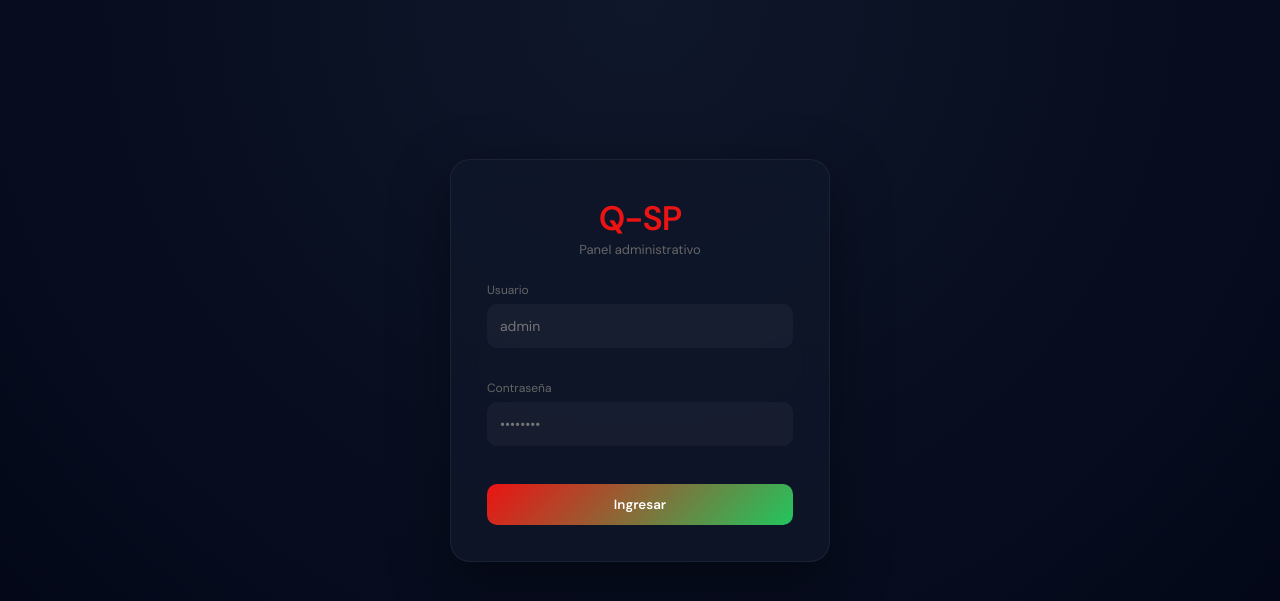
Repository: JhonnyDiaz4753/Admin_Q_sopa
Page: /categorias
The author's editor kept a copy of each file at every save. The page is drawn from the files as they stood at one save, then again after the next save.
The browser window is 1280 px wide. The pictures show the whole page.
The project was rebuilt for these pictures with package versions that can differ from the ones it lists, and the page was loaded fresh each time. Also part of the build but not shown: vite.config.js, src/components/Sidebar/Sidebar.css, src/components/Sidebar/Sidebar.jsx, src/components/Topbar/Topbar.css, src/components/Topbar/Topbar.jsx, src/components/AdminLayout.css, src/components/AdminLayout.jsx, src/components/Dashboard/Dashboard.css and 11 more.

Above is the page before, as saved 2026-03-18 15:02:39.

### index.html
<!doctype html>
<html lang="en">
  <head>
    <meta charset="UTF-8" />
    <link rel="icon" type="image/svg+xml" href="src/assets/logo_Q-spoa.jpg" />
    <meta name="viewport" content="width=device-width, initial-scale=1.0" />
    <title>admin-q-sopa</title>
    <!-- Material Symbols -->
    <link
      href="https://fonts.googleapis.com/css2?family=Material+Symbols+Outlined:opsz,wght,FILL,GRAD@20..48,100..700,0..1,-50..200"
      rel="stylesheet"
    />
    <!-- Google Fonts -->
    <link
      href="https://fonts.googleapis.com/css2?family=DM+Sans:wght@300;400;500;600&family=DM+Mono:wght@400;500&display=swap"
      rel="stylesheet"
    />
  </head>
  <body>
    <div id="root"></div>
    <script type="module" src="/src/main.jsx"></script>
  </body>
</html>

### src/main.jsx
import { StrictMode } from 'react'
import { createRoot } from 'react-dom/client'
import "./index.css"
import "./theme.css"
import App from './App.jsx'

createRoot(document.getElementById('root')).render(
  <StrictMode>
    <App />
  </StrictMode>,
)

### src/index.css
/* Reset limpio — todo lo maneja theme.css */
*, *::before, *::after {
  box-sizing: border-box;
  margin: 0;
  padding: 0;
}

### src/theme.css

:root {
  --accent:          #ec1313;
  --accent-hover:    #c40b0b;
  --accent-soft:     rgba(236,19,19,0.10);
  --accent-glow:     rgba(236,19,19,0.25);

  --bg-page:         #0f0f0f;
  --bg-sidebar:      #141414;
  --bg-card:         #1a1a1a;
  --bg-element:      #222222;
  --bg-input:        #1e1e1e;

  --border:          #2a2a2a;
  --border-light:    #333333;

  --text-1:          #f0f0f0;
  --text-2:          #aaaaaa;
  --text-3:          #666666;

  --success:         #22c55e;
  --warning:         #f59e0b;
  --info:            #3b82f6;

  --sidebar-w:       240px;
  --topbar-h:        64px;
  --radius:          10px;
  --radius-lg:       16px;

  --font-main:       'DM Sans', sans-serif;
  --font-mono:       'DM Mono', monospace;

  --transition:      background-color 0.25s ease, color 0.25s ease, border-color 0.25s ease;
}

html.light {
  --bg-page:         #f2f2f0;
  --bg-sidebar:      #ffffff;
  --bg-card:         #ffffff;
  --bg-element:      #f0f0ee;
  --bg-input:        #f7f7f5;

  --border:          #e5e5e0;
  --border-light:    #d8d8d3;

  --text-1:          #111111;
  --text-2:          #555555;
  --text-3:          #999999;
}

*, *::before, *::after {
  box-sizing: border-box;
  margin: 0;
  padding: 0;
  transition: var(--transition);
}

body {
  font-family: var(--font-main);
  background: var(--bg-page);
  color: var(--text-1);
  min-height: 100vh;
  font-size: 14px;
  -webkit-font-smoothing: antialiased;
}

#root {

  min-height: 100vh;
}

button { font-family: var(--font-main); cursor: pointer; }
input, select, textarea { font-family: var(--font-main); }
a { text-decoration: none; color: inherit; }

### src/App.jsx
import { useState } from "react";
import { BrowserRouter, Routes, Route } from "react-router-dom";
import "./theme.css";
import AdminLayout  from "./components/AdminLayout";
import Dashboard    from "./components/Dashboard/Dashboard";
import Categorias   from "./components/Categorias/Categorias";
import Productos    from "./components/Productos/Productos";
import Ingredientes from "./components/Ingredientes/Ingredientes";
import POS          from "./components/POS/POS";
import Ventas       from "./components/Ventas/Ventas";
import Login        from "./components/Login/Login";
import { ToastContainer } from "react-toastify";
import { useTheme } from "./hooks/useTheme";

function App() {
  const { theme } = useTheme();

  // Verifica si ya hay token guardado al cargar la app
  const [auth, setAuth] = useState(
    () => !!localStorage.getItem("admin-token")
  );

  const handleLogin = () => setAuth(true);

  const handleLogout = () => {
    localStorage.removeItem("admin-token");
    setAuth(false);
  };

  // Si no está autenticado → pantalla de login
  if (!auth) {
    return (
      <>
        <ToastContainer
          position="bottom-right"
          autoClose={3000}
          hideProgressBar={false}
          newestOnTop
          closeOnClick
          pauseOnHover
          theme={theme}
        />
        <Login onLogin={handleLogin} />
      </>
    );
  }

  // Si está autenticado → app completa
  return (
    <BrowserRouter>
      <ToastContainer
        position="bottom-right"
        autoClose={3000}
        hideProgressBar={false}
        newestOnTop
        closeOnClick
        pauseOnHover
        theme={theme}
      />
      <Routes>
        <Route element={<AdminLayout onLogout={handleLogout} />}>
          <Route index               element={<Dashboard />}    />
          <Route path="pos"          element={<POS />}          />
          <Route path="productos"    element={<Productos />}    />
          <Route path="categorias"   element={<Categorias />}   />
          <Route path="ingredientes" element={<Ingredientes />} />
          <Route path="ventas"       element={<Ventas />}       />
        </Route>
      </Routes>
    </BrowserRouter>
  );
}

export default App;

### src/components/Login/Login.jsx
import { useState } from "react";
import { login } from "../../services/api";
import "./Login.css";

export default function Login({ onLogin }) {
  const [form, setForm] = useState({ username: "", password: "" });
  const [error, setError] = useState(null);
  const [loading, setLoading] = useState(false);

  const handleSubmit = async e => {
    e.preventDefault();
    setLoading(true);
    setError(null);

    try {
      const data = await login(form.username, form.password);
      if (data.token) {
        localStorage.setItem("admin-token", data.token);
        onLogin();
      } else {
        setError(data.error ?? "Credenciales inválidas");
      }
    } catch {
      setError("Error de conexión");
    } finally {
      setLoading(false);
    }
  };

  return (
    <div className="login-wrapper">
      <div className="login-card">

        <div className="login-header">
          <div className="login-brand">Q-SP</div>
          <p className="login-subtitle">Panel administrativo</p>
        </div>

        <form onSubmit={handleSubmit} className="login-form">

          <div className="form-group">
            <label>Usuario</label>
            <input
              type="text"
              placeholder="admin"
              value={form.username}
              onChange={e => setForm(f => ({ ...f, username: e.target.value }))}
              required
            />
          </div>

          <div className="form-group">
            <label>Contraseña</label>
            <input
              type="password"
              placeholder="••••••••"
              value={form.password}
              onChange={e => setForm(f => ({ ...f, password: e.target.value }))}
              required
            />
          </div>

          {error && <div className="login-error">{error}</div>}

          <button className="login-btn" disabled={loading}>
            {loading ? "Verificando..." : "Ingresar"}
          </button>

        </form>
      </div>
    </div>
  );
}

### src/hooks/useTheme.js
import { useState, useEffect } from "react";

export function useTheme() {
  const [theme, setTheme] = useState(
    () => localStorage.getItem("admin-theme") ?? "dark"
  );

  useEffect(() => {
    document.documentElement.classList.toggle("light", theme === "light");
    localStorage.setItem("admin-theme", theme);
  }, [theme]);

  const toggle = () => setTheme(t => t === "dark" ? "light" : "dark");

  return { theme, toggle };
}

### src/services/api.js
const BASE = "https://apiqsp-production.up.railway.app";

const getToken = () => localStorage.getItem("admin-token");

// ── Un solo sistema de fetch que siempre envía el token ──────
const req = async (url, opts = {}) => {
  const res = await fetch(`${BASE}${url}`, {
    ...opts,
    headers: {
      "Content-Type": "application/json",
      ...(getToken() && { Authorization: `Bearer ${getToken()}` }),
      ...opts.headers,
    },
  });

  if (res.status === 401) {
    localStorage.removeItem("admin-token");
    window.location.href = "/";
    throw new Error("No autorizado");
  }

  if (!res.ok) throw new Error(res.statusText);

  const text = await res.text();
  return text ? JSON.parse(text) : true;
};

const get  = url         => req(url);
const post = (url, body) => req(url, { method: "POST",   body: JSON.stringify(body) });
const put  = (url, body) => req(url, { method: "PUT",    body: JSON.stringify(body) });
const del  = url         => req(url, { method: "DELETE" });

// ── Auth (sin token) ─────────────────────────────────────────
export const login = (username, password) =>
  fetch(`${BASE}/api/auth/login`, {
    method: "POST",
    headers: { "Content-Type": "application/json" },
    body: JSON.stringify({ username, password }),
  }).then(r => r.json());

// ── Categorías ───────────────────────────────────────────────
export const getCategories  = ()      => get("/categories");
export const createCategory = data    => post("/categories", data);
export const updateCategory = (id, d) => put(`/categories/${id}`, d);
export const deleteCategory = id      => del(`/categories/${id}`);

// ── Productos ────────────────────────────────────────────────
export const getProducts           = ()      => get("/products");
export const getProductsByCategory = id      => get(`/products/category/${id}`);
export const createProduct         = data    => post("/products", data);
export const updateProduct         = (id, d) => put(`/products/${id}`, d);
export const deleteProduct         = id      => del(`/products/${id}`);
export const getProductById        = id      => get(`/products/${id}`);

// ── Ingredientes globales ────────────────────────────────────
export const getIngredientsList = ()      => get("/ingredients");
export const createIngredient   = data    => post("/ingredients", data);
export const updateIngredient   = (id, d) => put(`/ingredients/${id}`, d);
export const deleteIngredient   = id      => del(`/ingredients/${id}`);

// ── Ingredientes por producto ────────────────────────────────
export const getProductIngredients   = prodId      => get(`/products/${prodId}/ingredients`);
export const addProductIngredient    = (prodId, d) => post(`/products/${prodId}/ingredients`, d);
export const removeProductIngredient = (prodId, id)=> del(`/products/${prodId}/ingredients/${id}`);

// ── Ventas ───────────────────────────────────────────────────
export const getSales    = ()    => get("/api/sales");
export const getSaleById = id    => get(`/api/sales/${id}`);
export const createSale  = data  => post("/api/sales", data);

// ── Dashboard ────────────────────────────────────────────────
export const getDashboardStats    = () => get("/api/dashboard/stats");
export const getWeeklyData        = () => get("/api/dashboard/weekly");
export const getMonthComparison   = () => get("/api/dashboard/comparison");
export const getRevenueByCategory = () => get("/api/dashboard/by-category");

### src/components/shared/Modal.css
.modal-overlay {
  position: fixed; inset: 0;
  background: rgba(0,0,0,0.7);
  backdrop-filter: blur(4px);
  z-index: 200;
  display: flex; align-items: center; justify-content: center;
  padding: 20px;
  animation: fadeIn 0.15s ease;
}
@keyframes fadeIn { from { opacity: 0; } to { opacity: 1; } }

.modal-box {
  background: var(--bg-card);
  border: 1px solid var(--border-light);
  border-radius: var(--radius-lg);
  width: 100%; max-width: 480px;
  max-height: 90vh; overflow-y: auto;
  scrollbar-width: none;
  animation: slideUp 0.2s cubic-bezier(0.34,1.56,0.64,1);
}
.modal-box::-webkit-scrollbar { display: none; }
@keyframes slideUp {
  from { opacity: 0; transform: scale(0.94) translateY(16px); }
  to   { opacity: 1; transform: scale(1) translateY(0); }
}

.modal-header {
  display: flex; align-items: center; justify-content: space-between;
  padding: 20px 24px 16px;
  border-bottom: 1px solid var(--border);
}
.modal-title { font-size: 16px; font-weight: 600; color: var(--text-1); }
.modal-close {
  width: 32px; height: 32px; border-radius: 50%;
  background: var(--bg-element); border: none;
  color: var(--text-2); display: flex; align-items: center; justify-content: center;
  transition: all 0.2s;
}
.modal-close:hover { background: var(--accent); color: white; transform: rotate(90deg); }
.modal-close .material-symbols-outlined { font-size: 18px; }

.modal-body { padding: 20px 24px 24px; }

/* Form styles reutilizables */
.form-group {
  display: flex; flex-direction: column; gap: 6px;
  margin-bottom: 16px;
}
.form-group:last-child { margin-bottom: 0; }
.form-label {
  font-size: 12px; font-weight: 600;
  color: var(--text-2); text-transform: uppercase; letter-spacing: 0.5px;
}
.form-input, .form-select, .form-textarea {
  background: var(--bg-input);
  border: 1px solid var(--border);
  border-radius: var(--radius);
  padding: 10px 12px;
  color: var(--text-1);
  font-size: 14px;
  outline: none;
  transition: border-color 0.2s;
  width: 100%;
}
.form-input:focus, .form-select:focus, .form-textarea:focus {
  border-color: var(--accent);
}
.form-textarea { resize: vertical; min-height: 80px; }
.form-select option { background: var(--bg-card); }

.form-row { display: grid; grid-template-columns: 1fr 1fr; gap: 12px; }

.form-toggle {
  display: flex; align-items: center; gap: 10px;
  padding: 10px 0;
}
.toggle-switch {
  position: relative; width: 40px; height: 22px;
}
.toggle-switch input { opacity: 0; width: 0; height: 0; }
.toggle-slider {
  position: absolute; inset: 0;
  background: var(--bg-element);
  border: 1px solid var(--border);
  border-radius: 22px;
  cursor: pointer;
  transition: 0.2s;
}
.toggle-slider::before {
  content: "";
  position: absolute;
  width: 16px; height: 16px;
  left: 2px; top: 2px;
  background: var(--text-3);
  border-radius: 50%;
  transition: 0.2s;
}
.toggle-switch input:checked + .toggle-slider { background: var(--accent); border-color: var(--accent); }
.toggle-switch input:checked + .toggle-slider::before { transform: translateX(18px); background: white; }
.toggle-label { font-size: 14px; color: var(--text-1); }

.form-actions {
  display: flex; gap: 10px; justify-content: flex-end;
  margin-top: 20px; padding-top: 16px;
  border-top: 1px solid var(--border);
}
.btn { padding: 9px 20px; border-radius: var(--radius); font-size: 13.5px; font-weight: 500; border: none; transition: all 0.2s; }
.btn-primary { background: var(--accent); color: white; }
.btn-primary:hover { background: var(--accent-hover); }
.btn-secondary { background: var(--bg-element); color: var(--text-1); border: 1px solid var(--border); }
.btn-secondary:hover { border-color: var(--border-light); }
.btn-danger { background: rgba(239,68,68,0.1); color: #ef4444; border: 1px solid rgba(239,68,68,0.2); }
.btn-danger:hover { background: #ef4444; color: white; }

### src/components/Login/Login.css
.login-wrapper {
  min-height: 100vh;
  background: radial-gradient(circle at top, #0f172a, #020617);
  display: flex;
  align-items: center;
  justify-content: center;
  padding: 20px;
}

/* CARD */
.login-card {
  background: rgba(15, 23, 42, 0.75);
  backdrop-filter: blur(16px);
  border: 1px solid rgba(255,255,255,0.06);
  border-radius: 20px;
  padding: 36px;
  width: 100%;
  max-width: 380px;
  box-shadow: 0 20px 60px rgba(0,0,0,0.4);
  animation: fadeUp 0.4s ease;
}

@keyframes fadeUp {
  from { opacity: 0; transform: translateY(25px); }
  to   { opacity: 1; transform: translateY(0); }
}

/* HEADER */
.login-header {
  text-align: center;
  margin-bottom: 24px;
}

.login-brand {
  font-size: 34px;
  font-weight: 800;
  color: var(--accent);
  letter-spacing: -1px;
}

.login-subtitle {
  font-size: 13px;
  color: var(--text-3);
}

/* FORM */
.login-form {
  display: flex;
  flex-direction: column;
  gap: 16px;
}

/* INPUTS */
.form-group {
  display: flex;
  flex-direction: column;
  gap: 6px;
}

.form-group label {
  font-size: 12px;
  color: var(--text-3);
}

.form-group input {
  background: rgba(255,255,255,0.04);
  border: 1px solid transparent;
  border-radius: 10px;
  padding: 12px;
  color: var(--text-1);
  font-size: 14px;
  outline: none;
  transition: all 0.2s;
}

.form-group input:focus {
  border: 1px solid var(--accent);
  box-shadow: 0 0 0 3px rgba(34,197,94,0.15);
}

/* ERROR */
.login-error {
  background: rgba(239, 68, 68, 0.12);
  border: 1px solid rgba(239, 68, 68, 0.3);
  padding: 10px;
  border-radius: 10px;
  font-size: 13px;
  color: #ef4444;
}

/* BUTTON */
.login-btn {
  margin-top: 6px;
  padding: 12px;
  border: none;
  border-radius: 10px;
  background: linear-gradient(135deg, var(--accent), #22c55e);
  color: white;
  font-weight: 600;
  cursor: pointer;
  transition: all 0.2s;
}

.login-btn:hover:not(:disabled) {
  transform: translateY(-1px);
  box-shadow: 0 8px 20px rgba(34,197,94,0.3);
}

.login-btn:disabled {
  opacity: 0.5;
  cursor: not-allowed;
}

After the next save:
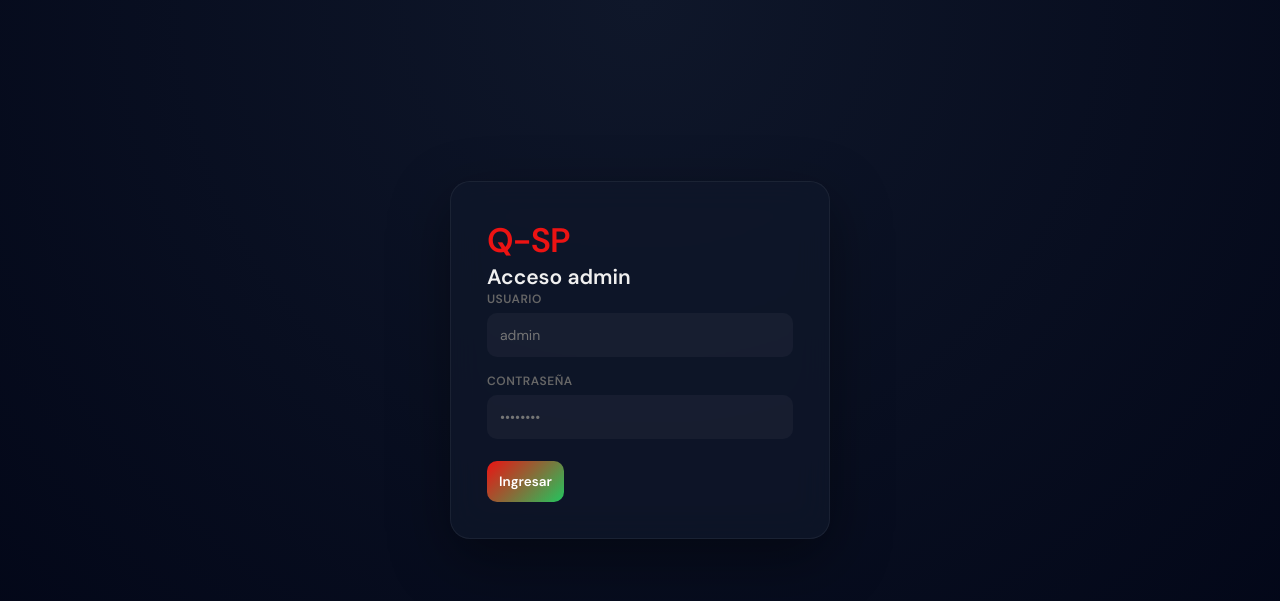
Saved 22 s later.
--- a/src/components/Login/Login.jsx
+++ b/src/components/Login/Login.jsx
@@ -3,7 +3,7 @@
 import "./Login.css";
 
 export default function Login({ onLogin }) {
-  const [form, setForm] = useState({ username: "", password: "" });
+  const [form,  setForm]  = useState({ username: "", password: "" });
   const [error, setError] = useState(null);
   const [loading, setLoading] = useState(false);
 
@@ -11,7 +11,6 @@
     e.preventDefault();
     setLoading(true);
     setError(null);
-
     try {
       const data = await login(form.username, form.password);
       if (data.token) {
@@ -30,42 +29,27 @@
   return (
     <div className="login-wrapper">
       <div className="login-card">
-
-        <div className="login-header">
-          <div className="login-brand">Q-SP</div>
-          <p className="login-subtitle">Panel administrativo</p>
-        </div>
-
-        <form onSubmit={handleSubmit} className="login-form">
-
+        <div className="login-brand">Q-SP</div>
+        <h2 className="login-title">Acceso admin</h2>
+        <form onSubmit={handleSubmit}>
           <div className="form-group">
-            <label>Usuario</label>
-            <input
-              type="text"
-              placeholder="admin"
+            <label className="form-label">Usuario</label>
+            <input className="form-input" required
               value={form.username}
               onChange={e => setForm(f => ({ ...f, username: e.target.value }))}
-              required
-            />
+              placeholder="admin" />
           </div>
-
           <div className="form-group">
-            <label>Contraseña</label>
-            <input
-              type="password"
-              placeholder="••••••••"
+            <label className="form-label">Contraseña</label>
+            <input className="form-input" type="password" required
               value={form.password}
               onChange={e => setForm(f => ({ ...f, password: e.target.value }))}
-              required
-            />
+              placeholder="••••••••" />
           </div>
-
-          {error && <div className="login-error">{error}</div>}
-
-          <button className="login-btn" disabled={loading}>
+          {error && <p className="login-error">{error}</p>}
+          <button className="btn btn-primary login-btn" disabled={loading}>
             {loading ? "Verificando..." : "Ingresar"}
           </button>
-
         </form>
       </div>
     </div>
